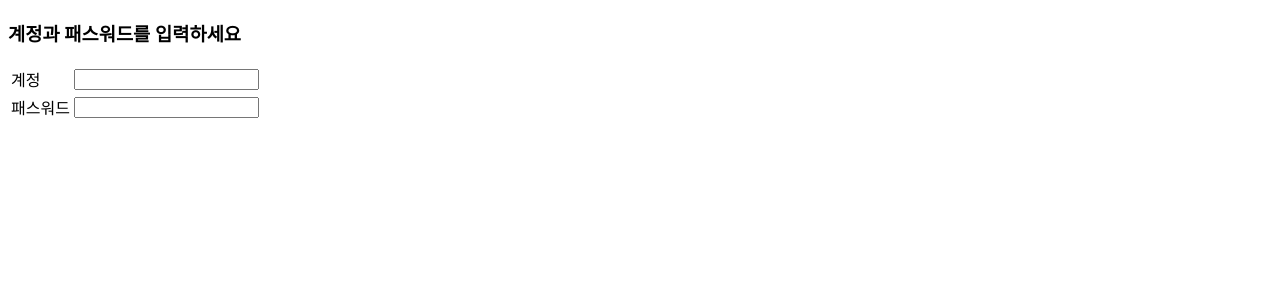
Repository: golddrone7/front
Page: step10_Ajax/src/main/webapp/test9/loginTest.html
An editor plug-in stored every save of this project. The page is shown before and after the next save, followed by the edit.
The browser window is 1280 px wide. The pictures show the whole page.

Above is the page before, as saved 2023-02-27 07:18:37.

After the next save:
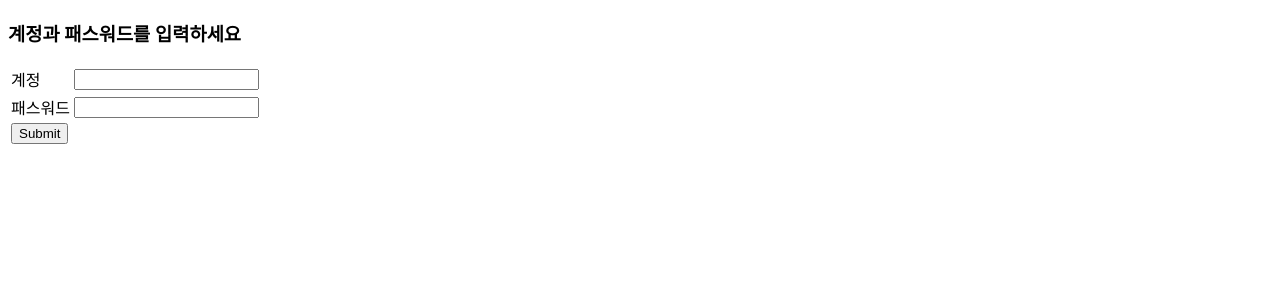
Saved 22 s later.
--- a/step10_Ajax/src/main/webapp/test9/loginTest.html
+++ b/step10_Ajax/src/main/webapp/test9/loginTest.html
@@ -19,6 +19,11 @@
 			<td><label for="passwd">패스워드</label></td>
 			<td><input type="text" id="passwd" name="passwd" required></td>
 		</tr>
+		<tr>
+			<td><input type="submit" id="loginb">
+
+		</tr>
+
 	</table>
  </form>
 
